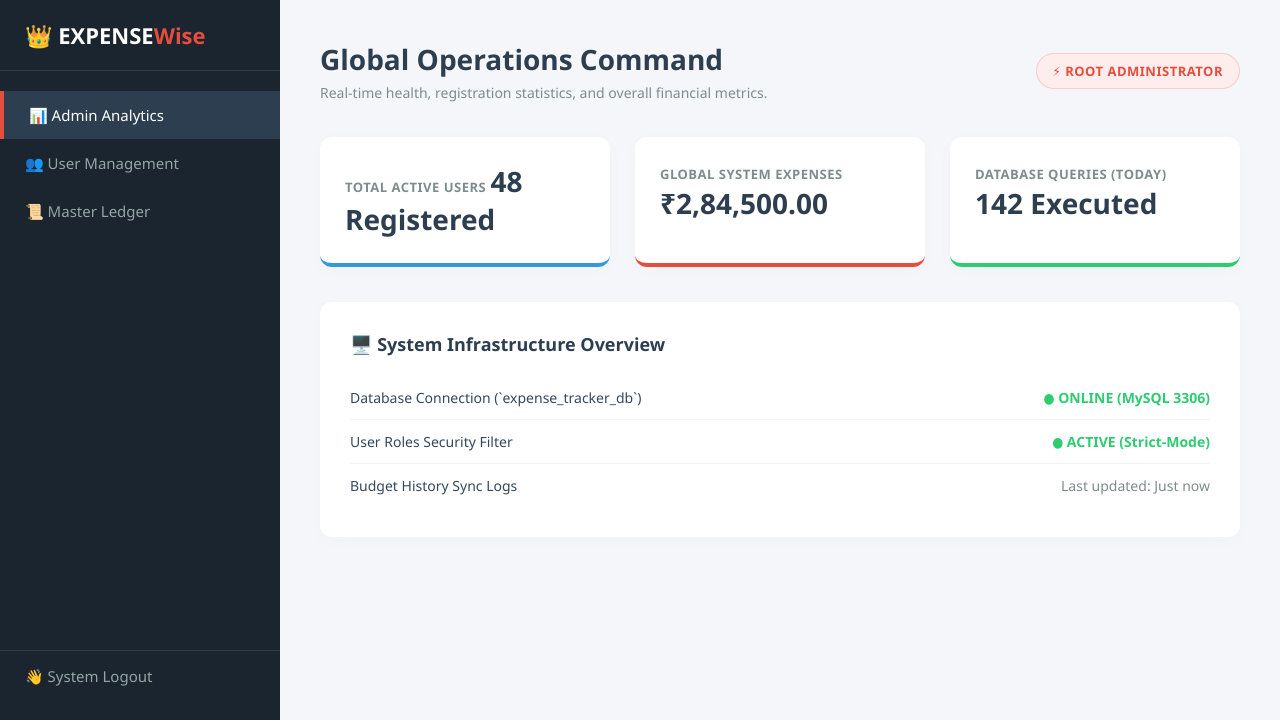
Repository: shambhavi4823/EXPENSE_TRACKER
Page: expense_frontend/admin_dashboard.html
These files come from the project's save history. The page is drawn as it stood at one moment and after the next save; the edit follows.
The browser window is 1280 px wide. The pictures show the whole page.

Above is the page before, as saved 2026-07-12 10:27:24.

After the next save:
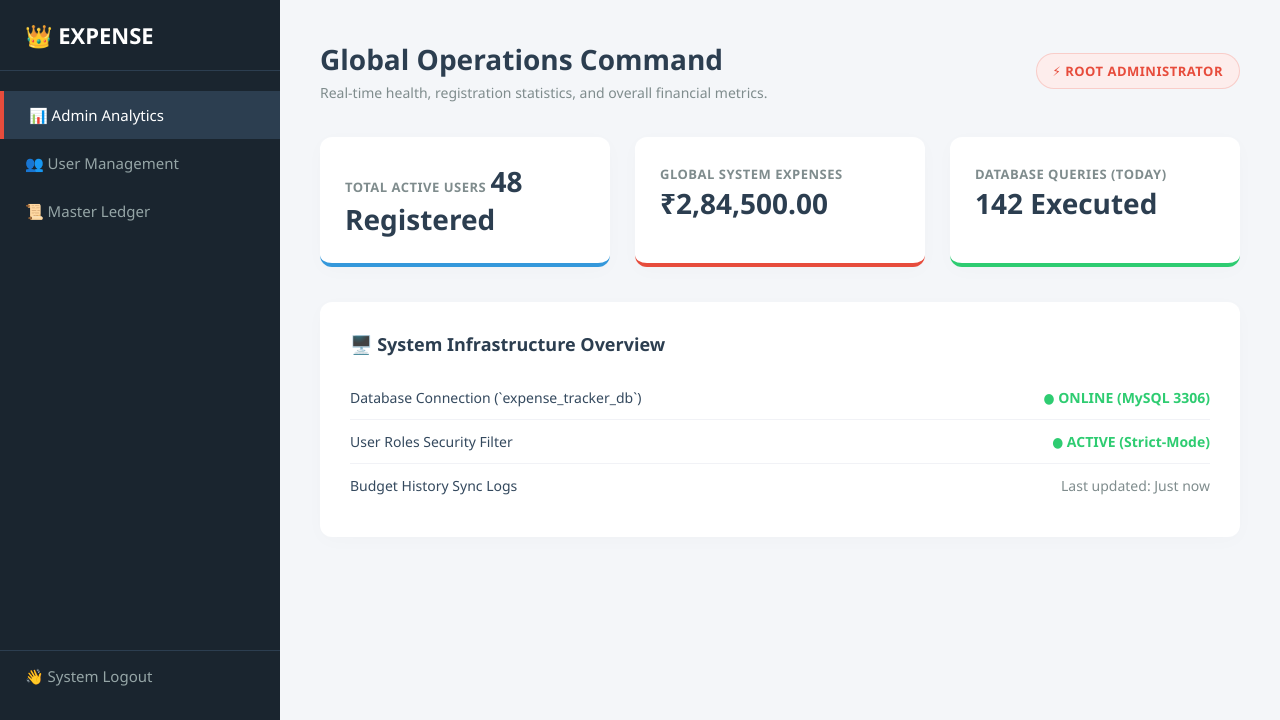
Saved 5 s later.
--- a/expense_frontend/admin_dashboard.html
+++ b/expense_frontend/admin_dashboard.html
@@ -181,7 +181,8 @@
 <body>
 
     <div class="sidebar">
-        <div class="logo">👑 EXPENSE<span>Wise</span></div>
+        <div class="logo">👑 EXPENSE
+            <span</span></div>
         <a href="admin_dashboard.html" class="active">📊 Admin Analytics</a>
         <a href="user_management.html">👥 User Management</a>
         <a href="master_ledger.html">📜 Master Ledger</a>
